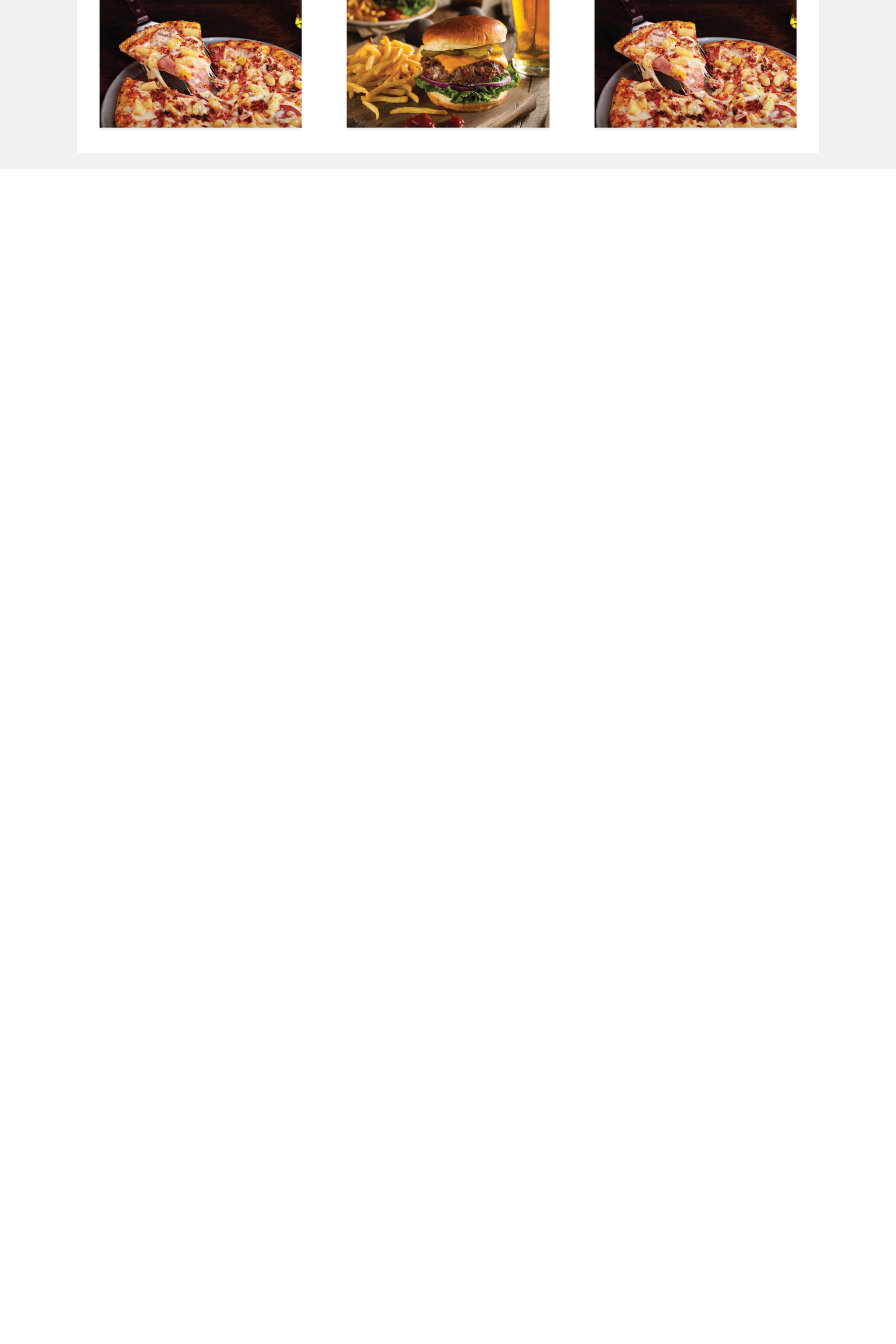
Repository: Ahmedalid/New-project
Page: Rout/index.html
An editor plug-in stored every save of this project. The page is shown before and after the next save, followed by the edit.
The browser window is 1280 px wide. The pictures show the part of the page from y = 1907 to 3827 px (the page is 5000 px tall), at 70% of full size.
An inner scrolling area shows only its first screen.

Above is the page before, as saved 2023-06-08 11:39:21.

### Rout/index.html
<!DOCTYPE html>
<html lang="en">

<head>
    <meta charset="UTF-8">
    <meta http-equiv="X-UA-Compatible" content="IE=edge">
    <meta name="viewport" content="width=device-width, initial-scale=1.0">
    <link rel="stylesheet" href="https://cdnjs.cloudflare.com/ajax/libs/font-awesome/6.4.0/css/all.min.css">
    <link rel="stylesheet" href="css/style.css">
    <title>Document</title>
</head>

<body>
    <!-- Start NavBar -->
    <nav>
        <div class="div-nav">
            <div class="nav-logo">
                <h1>Mealify</h1>
            </div>
            <div class="nav-item">
                <ul>
                    <li><a href="default.asp" class="home-actiev">Home</a></li>
                    <li><a href="" class="text-color">Chefs</a></li>
                    <li><a href="" class="text-color">Gallery</a></li>
                    <li><a href="" class="text-color">Contact</a></li>
                </ul>
            </div>
            <div class="nav-icon">
                <span><i class="fa-solid fa-moon"></i></span>
            </div>
        </div>
    </nav>
    <!-- End NavBar -->

    <!-- Start Header -->
    <header>
        <div class="div-header">
            <div class="content-header container">
                <h2 class="mt li">Enjoy Your Healthy</h2>
                <h2 class="mt li">Delicious Food</h2>
                <p class="mt text-color">Sed autem laudantium dolores. Voluptatem itaque ea consequatur eveniet.
                    Eum quas beatae cumque eum quaerat.</p>
                <div class="d-flex">
                    <button class="btn-Boolatable">Bool a Table</button>
                    <div class="d-flex mt  ">
                        <a href="" class="icone-headphones"> <span class="headphones d-center"> <i
                                    class="fa-solid fa-headphones "></i></span> </a>
                        <span class="Video">Watch a Video</span>
                    </div>
                </div>
            </div>
            <div class="content-header container">
                <div class="img-header ">
                    <img src="img/hero-img.png" alt="">
                </div>
            </div>
        </div>
    </header>
    <!-- End Header -->
    <section class="container">
        <p class="text-center text-color mt">CHEFS</p>
        <h5 class="li text-center our-section mt">
            Our
            <span class="text-color">Proffesional</span>
            Chefs
        </h5>
        <!-- Card And Img -->
        <div class="d-bettwen">
            <div class="mt card-img">
                <div class="">
                    <img src="img/chefs-2.jpg" alt="">
                    <h2 class="text-center mt-1">Walter White </h5>
                        <p class="text-center mt-1">Master Chef</p>
                        <p class="text-center mt-1">
                            Velit aut quia fugit et et. Dolorum ea voluptate vel
                            tempore tenetur ipsa quae aut. Ipsum
                            exercitationem iure minima enim corporis et voluptate.
                        </p>

                </div>

            </div>
            <div class="mt card-img">
                <div class="">
                    <img src="img/chefs-1.jpg" alt="">
                    <h2 class="text-center mt-1">Sarah Jhonson </h5>
                        <p class="text-center mt-1">Master Chef</p>
                        <p class="text-center mt-1">
                            Velit aut quia fugit et et. Dolorum ea voluptate vel
                            tempore tenetur ipsa quae aut. Ipsum
                            exercitationem iure minima enim corporis et voluptate.
                        </p>

                </div>

            </div>
            <div class="mt card-img">
                <div class="">
                    <img src="img/chefs-3.jpg" alt="">
                    <h2 class="text-center mt-1">William Anderson</h5>
                        <p class="text-center mt-1">Master Chef</p>
                        <p class="text-center mt-1">
                            Velit aut quia fugit et et. Dolorum ea voluptate vel
                            tempore tenetur ipsa quae aut. Ipsum
                            exercitationem iure minima enim corporis et voluptate.
                        </p>

                </div>

            </div>
        </div>
    </section>
    <section class="GALLERY">
        <div class=" container">
          <div class="text-center">
            <p class="mt-5 Check">GALLERY</p>
            <h2 class="mt-5">Check  <span class="text-color">Our Gallery</span> </h2>
          </div>
          <div class="d-bettwen">
            <div class="mt card-img">
                <div class="">
                    <img src="img/meal-1 (1).jpg "alt="">


                </div>

            </div>
            <div class="mt card-img">
                <div class="">
                    <img src="img/meal-3.jpg" alt="">


                </div>

            </div>
            <div class="mt card-img">
                <div class="">
                    <img src="img/meal-1 (1).jpg" alt="">

                </div>

            </div>
        </div>
          <div class="d-bettwen">
            <div class="mt card-img">
                <div class="">
                    <img src="img/meal-1 (1).jpg "alt="">


                </div>

            </div>
            <div class="mt card-img">
                <div class="">
                    <img src="img/meal-3.jpg" alt="">


                </div>

            </div>
            <div class="mt card-img">
                <div class="">
                    <img src="img/meal-1 (1).jpg" alt="">

                </div>

            </div>
        </div>
          <div class="d-bettwen">
            <div class="mt card-img">
                <div class="">
                    <img src="img/meal-1 (1).jpg "alt="">


                </div>

            </div>
            <div class="mt card-img">
                <div class="">
                    <img src="img/meal-3.jpg" alt="">


                </div>

            </div>
            <div class="mt card-img">
                <div class="">
                    <img src="img/meal-1 (1).jpg" alt="">

                </div>

            </div>
        </div>
        </div>
    </section>
</body>

</html>

### Rout/css/style.css
*{
    margin: 0;
    padding: 0;
    box-sizing: border-box;
}
body{
    height: 5000px;
}
nav{
    box-shadow: 0px 16px 43px 0px rgba(0,0,0,0.1),0px 10px 15px -3px rgba(0,0,0,0.1),0px 10px 15px -3px rgba(0,0,0,0.1);
       height: 80px;
       position: sticky;
       top: 0;
       left: 0;
       overflow: auto;
       background-color: white;
}
.div-nav{
     margin: auto 110px;
    display: flex;
   margin-top: 30px;
    justify-content: space-between;
}
.container{
    margin: auto 110px;
}
.nav-item ul li{
    list-style: none;

    width: 100%;

}
.nav-item ul li a{
     text-decoration: none;
     color: black;
     padding: 20px;
     outline: none;
     transition: 0.5;
     font-weight: 400;
}
.nav-item ul li a:hover{
    border-bottom: 2px solid red;
}
.nav-item ul {
          display: flex;
    justify-content: space-between;

}
.nav-logo h1{
    font-weight: bold;
    font-size: 30px;
}
.home-actiev{
    border-bottom: 2px solid red;
    font-weight: bold;
}
.nav-icon span i{
    font-size: 30px;
}
/* End NavBar */
/* Start Header */
/* Start Header */
.div-header{
    display: flex;
}
header{
    background-color: #eeeeee;
    overflow: auto;
    height: 100vh;
}
.content-header{
  margin-top: 160px;
}
img{
    width: 100%;
}
.mt{
    margin-top: 25px;
}
.li{
    letter-spacing: 5px;
}
.text-color{
    color: #7f7f90;
}
.d-flex{
    display: flex;
}
.btn-Boolatable{
    border: none;
    outline: none;
    background-color: red;
    color: white;
    padding: 10px;
    border-radius: 10px;
    margin-top: 30px;
}
.headphones{
    background-color: white;
    border-radius: 50%;
    width: 50px;
    height: 50px;
    border: 5px solid red;
    margin-left: 50px;
    cursor: pointer;
}
.d-center{
    display: flex;
    justify-content: center;
    align-items: center;
}
.Video{
    margin-top: 20px;
    margin-left: 20px;
    font-weight: bold;
    cursor: pointer;
    transition: 0.5s;
}
.Video:hover{
    color: red;
}
.icone-headphones{
    color: black;
    list-style: none;
}

.text-center{
    text-align: center;
    /* margin-top: 50px; */
}
.text-color{
    color: red;
}
.our-section{
    font-size: 27px;
}
.d-bettwen{
    /* width: 33%;
    display: inline-block; */
    display: flex;
    justify-content: space-between;
    transition: 0.5s;
}
.mt-1{
    margin-top: 10px;
}
.card-img h4{
    font-weight:bold;
}
.card-img:hover{
    transform: scale(1.1 , 1.1);
    cursor: pointer;
    transition: 0.5s;
}
.card-img{
    border: 2pc solid white;
}
.GALLERY{
    background-color: #f1f1f1;
    overflow: auto;
    height: 100vh;
}
.Check{
    margin-top: 80px;
}

After the next save:
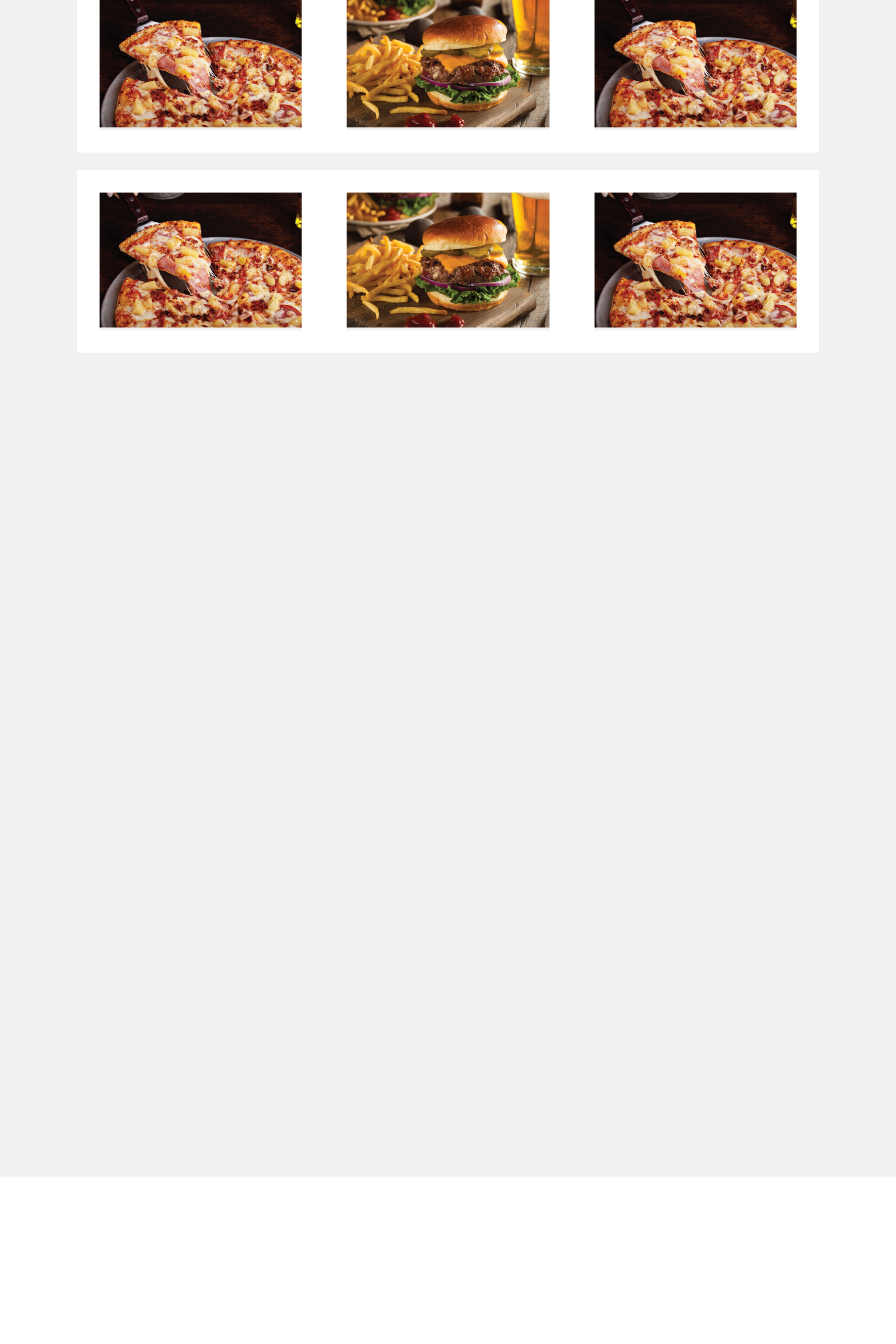
Saved 22 s later.
--- a/Rout/css/style.css
+++ b/Rout/css/style.css
@@ -158,7 +158,7 @@ img{
 .GALLERY{
     background-color: #f1f1f1;
     overflow: auto;
-    height: 100vh;
+    height: 300vh;
 }
 .Check{
     margin-top: 80px;
